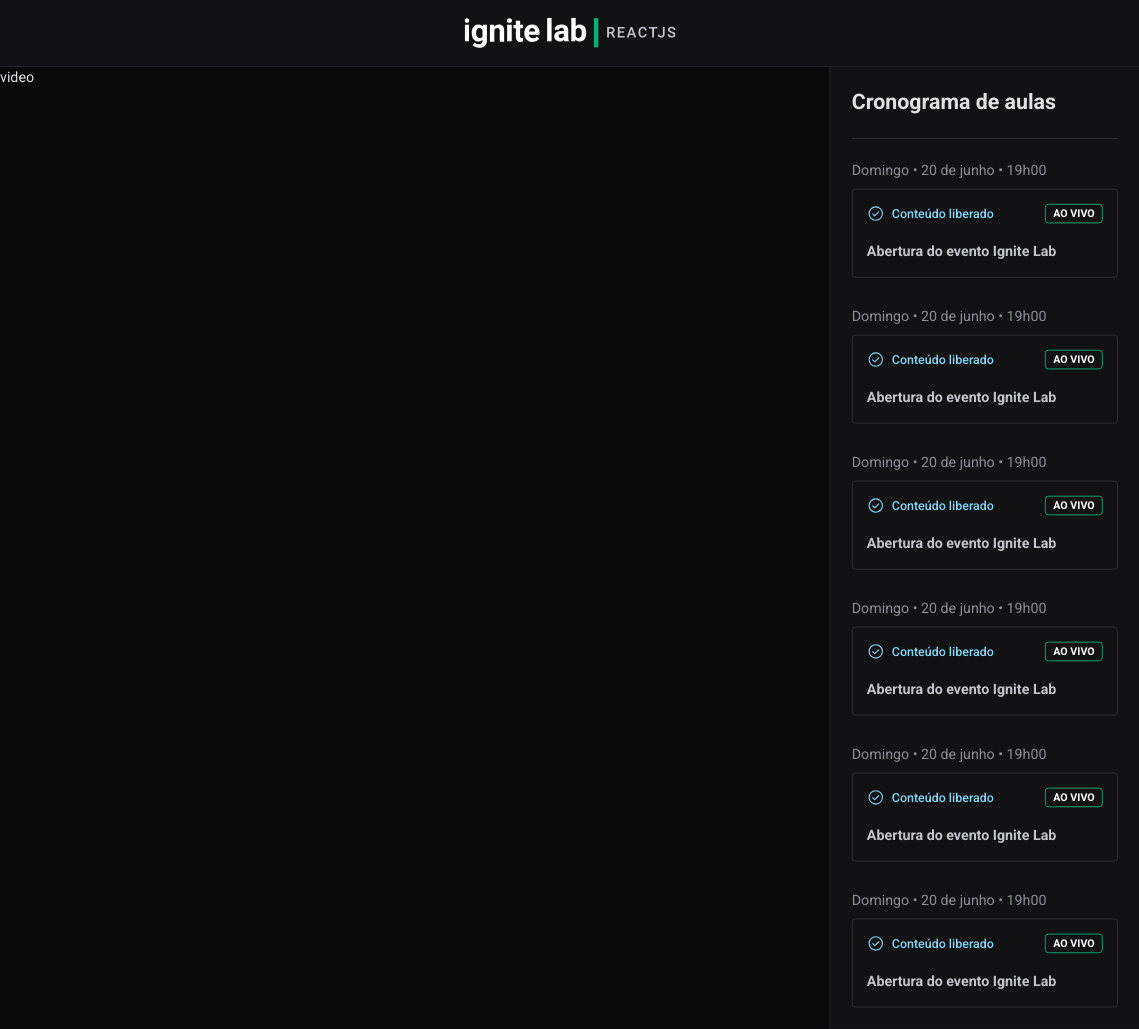
Repository: andynadvorny/event-platform
Page: /
The author's editor kept a copy of each file at every save. The page is drawn from the files as they stood at one save, then again after the next save.
The browser window is 1280 px wide. The pictures show the whole page, at 89% of full size.
The project was rebuilt for these pictures with package versions that can differ from the ones it lists, and the page was loaded fresh each time. Also part of the build but not shown: vite.config.ts.

Above is the page before, as saved 2022-06-23 14:43:12.

After the next save:
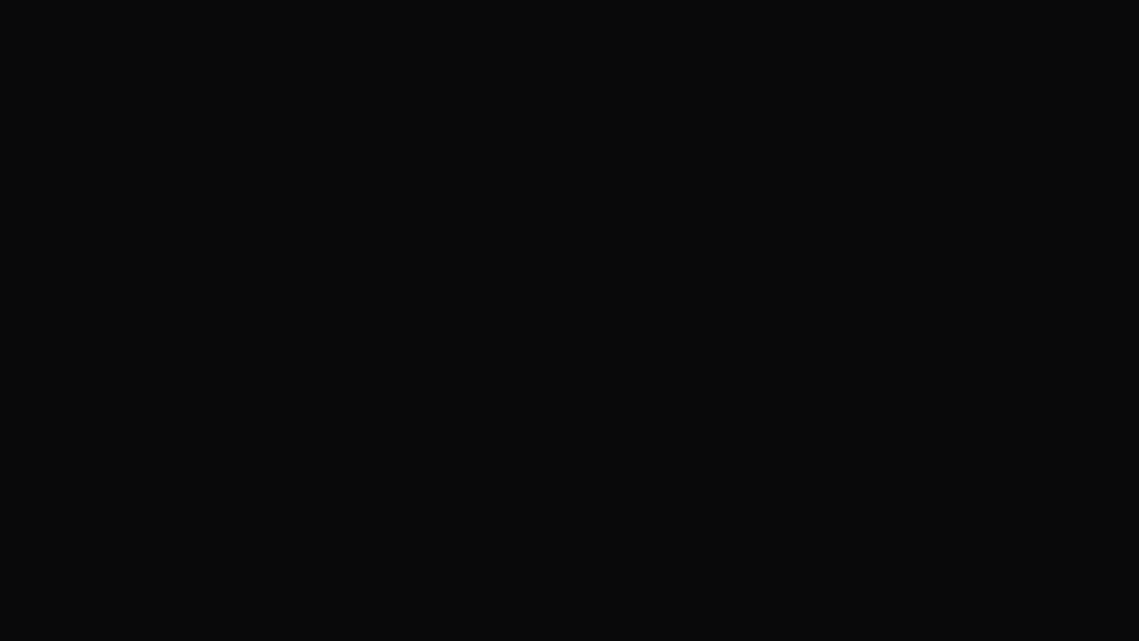
Console error: TypeError: Cannot read properties of undefined (reading 'toString')
Saved 6 min 12 s later.
--- a/src/components/Lesson.tsx
+++ b/src/components/Lesson.tsx
@@ -1,24 +1,40 @@
-import { CheckCircle } from 'phosphor-react'
+import { CheckCircle, Lock } from 'phosphor-react'
 
-export function Lesson() {
+interface LessonProps {
+  title: string,
+  slug: string,
+  availableAt: Date,
+  type: 'live' | 'class',
+}
+
+export function Lesson(props: LessonProps) {
+  const isLessonAvailable = false
+
   return (
     <a href="#">
       <span className="text-gray-300">
-        Domingo • 20 de junho • 19h00
+        {props.availableAt.toString()}
       </span>
 
       <div className="rounded border border-gray-500 p-4 mt-2">
         <header className="flex items-center justify-between">
-          <span className="text-sm text-blue-500 font-medium flex items-center gap-2">
-            <CheckCircle size={20} />
-            Conteúdo liberado
-          </span>
+          { isLessonAvailable ? (
+            <span className="text-sm text-blue-500 font-medium flex items-center gap-2">
+              <CheckCircle size={20} />
+              Conteúdo liberado
+            </span>
+          ) : (
+            <span className="text-sm text-orange-500 font-medium flex items-center gap-2">
+              <Lock size={20} />
+              Em breve
+            </span>
+          )}
           <span className="text-xs rounded py-[2px] px-2 border border-green-300 text-white font-bold">
-            AO VIVO
+            {props.type === 'live' ? 'AO VIVO' : 'AULA PRÁTICA'}
           </span>
         </header>
         <strong className="text-gray-200 mt-5 block">
-          Abertura do evento Ignite Lab
+          {props.title}
         </strong>
       </div>
     </a>

After the save that followed:
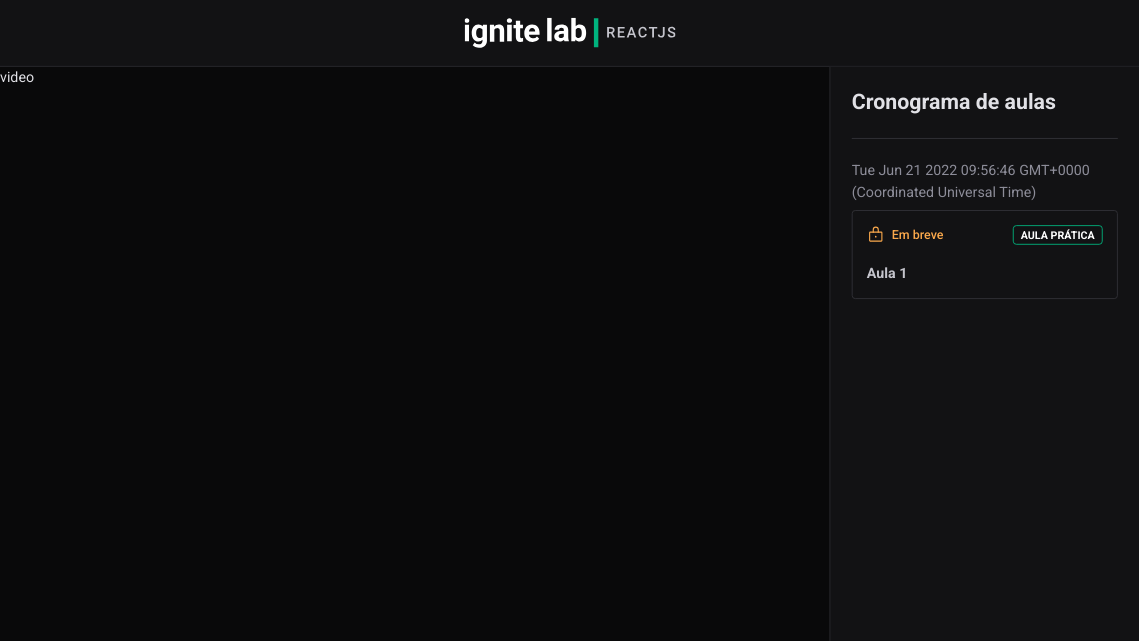
The error is gone.
Saved 53 s later.
--- a/src/components/Sidebar.tsx
+++ b/src/components/Sidebar.tsx
@@ -7,12 +7,12 @@
         Cronograma de aulas
       </span>
       <div className="flex flex-col gap-8">
-        <Lesson />
-        <Lesson />
-        <Lesson />
-        <Lesson />
-        <Lesson />
-        <Lesson />
+        <Lesson
+          title="Aula 1"
+          slug="aula-01"
+          availableAt={new Date()}
+          type="lesson"
+        />
       </div>
     </aside>
   )
